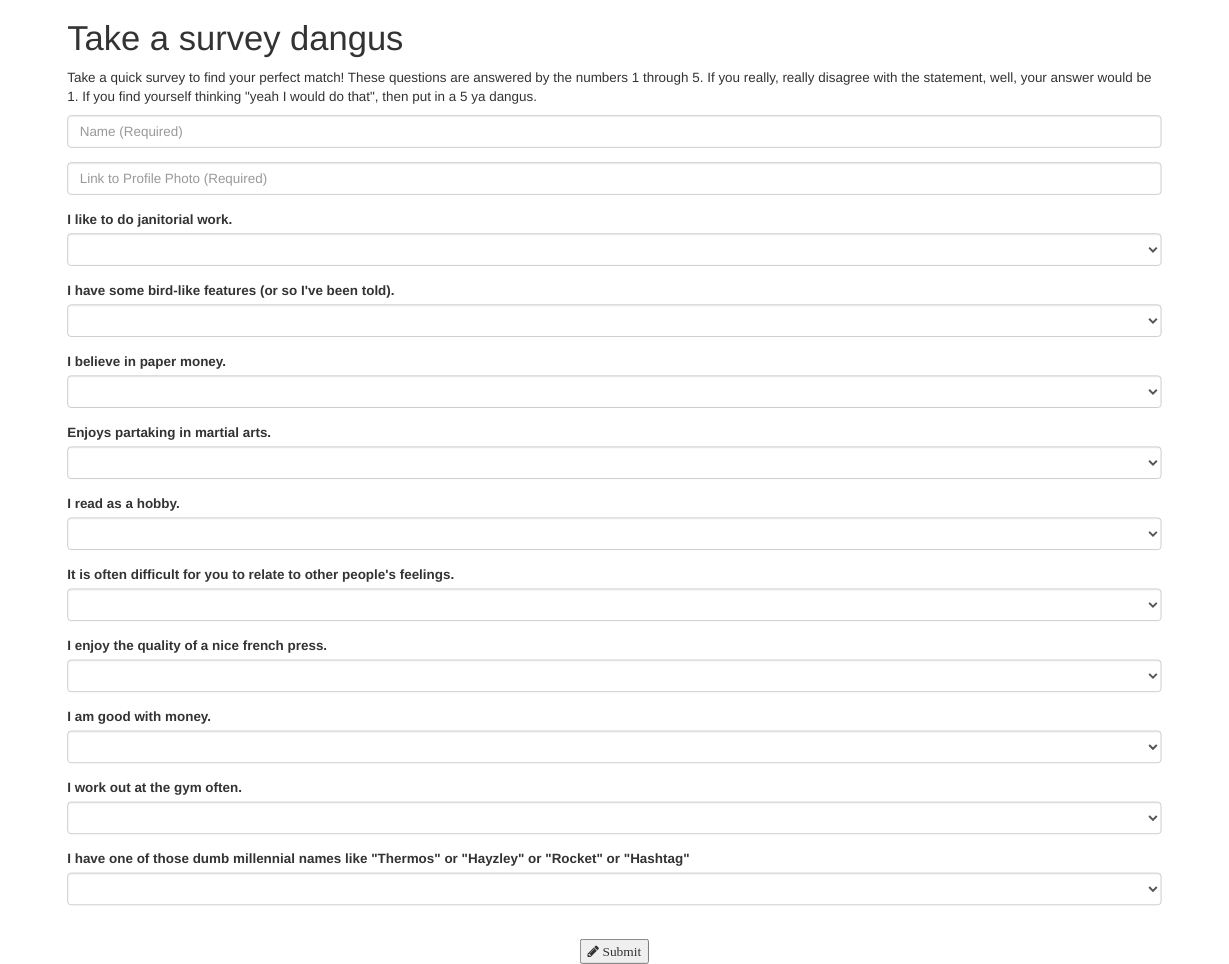
Repository: kcummings1/Mate-Matcher
Page: public/survey.html
The author's editor kept a copy of each file at every save. The page is drawn from the files as they stood at one save, then again after a run of saves.
The browser window is 1280 px wide. The pictures show the whole page, at 96% of full size.
Some web libraries are served in a nearby version.

Above is the page before, as saved 2019-10-04 18:22:31.

### public/survey.html
<!DOCTYPE html>
<html>

<head>
    <title>Friend Finder | Survey</title>
<!--===================\\BootStrap//===================-->
<link rel="stylesheet" href="https://maxcdn.bootstrapcdn.com/bootstrap/3.3.7/css/bootstrap.min.css">
<link rel="stylesheet" href="https://maxcdn.bootstrapcdn.com/font-awesome/4.7.0/css/font-awesome.min.css">
</head>

<body>
    <div class="container content">
        <h1>Take a survey dangus</h1>
        <p>Take a quick survey to find your perfect match! These questions are answered by the numbers 1 through 5. If
            you really, really disagree with the statement, well, your answer would be 1. If you find yourself thinking
            "yeah I would do that", then put in a 5 ya dangus.</p>
        <form>
            <div class="form-group">
                <input id="name" type="text" class="form-control" placeholder="Name (Required)">
            </div>
            <div class="form-group">
                <input id="photo" type="text" class="form-control" placeholder="Link to Profile Photo (Required)">
            </div>
            <div class="form-group">
                <label for="question1">I like to do janitorial work.</label>
                <select class="form-control" id="question1">
                    <option value="empty"></option>
                    <option value="1">1</option>
                    <option value="2">2</option>
                    <option value="3">3</option>
                    <option value="4">4</option>
                    <option value="5">5</option>
                </select>
            </div>
            <div class="form-group">
                <label for="question2">I have some bird-like features (or so I've been told).</label>
                <select class="form-control" id="question2">
                    <option value="empty"></option>
                    <option value="1">1</option>
                    <option value="2">2</option>
                    <option value="3">3</option>
                    <option value="4">4</option>
                    <option value="5">5</option>
                </select>
            </div>
            <div class="form-group">
                <label for="question3">I believe in paper money.</label>
                <select class="form-control" id="question3">
                    <option value="empty"></option>
                    <option value="1">1</option>
                    <option value="2">2</option>
                    <option value="3">3</option>
                    <option value="4">4</option>
                    <option value="5">5</option>
                </select>
            </div>
            <div class="form-group">
                <label for="question4">Enjoys partaking in martial arts.</label>
                <select class="form-control" id="question4">
                    <option value="empty"></option>
                    <option value="1">1</option>
                    <option value="2">2</option>
                    <option value="3">3</option>
                    <option value="4">4</option>
                    <option value="5">5</option>
                </select>
            </div>
            <div class="form-group">
                <label for="question5">I read as a hobby.</label>
                <select class="form-control" id="question5">
                    <option value="empty"></option>
                    <option value="1">1</option>
                    <option value="2">2</option>
                    <option value="3">3</option>
                    <option value="4">4</option>
                    <option value="5">5</option>
                </select>
            </div>
            <div class="form-group">
                <label for="question6">It is often difficult for you to relate to other people's feelings.</label>
                <select class="form-control" id="question6">
                    <option value="empty"></option>
                    <option value="1">1</option>
                    <option value="2">2</option>
                    <option value="3">3</option>
                    <option value="4">4</option>
                    <option value="5">5</option>
                </select>
            </div>
            <div class="form-group">
                <label for="question7">I enjoy the quality of a nice french press.</label>
                <select class="form-control" id="question7">
                    <option value="empty"></option>
                    <option value="1">1</option>
                    <option value="2">2</option>
                    <option value="3">3</option>
                    <option value="4">4</option>
                    <option value="5">5</option>
                </select>
            </div>
            <div class="form-group">
                <label for="question8">I am good with money.</label>
                <select class="form-control" id="question8">
                    <option value="empty"></option>
                    <option value="1">1</option>
                    <option value="2">2</option>
                    <option value="3">3</option>
                    <option value="4">4</option>
                    <option value="5">5</option>
                </select>
            </div>
            <div class="form-group">
                <label for="question9">I work out at the gym often.</label>
                <select class="form-control" id="question9">
                    <option value="empty"></option>
                    <option value="1">1</option>
                    <option value="2">2</option>
                    <option value="3">3</option>
                    <option value="4">4</option>
                    <option value="5">5</option>
                </select>
            </div>
            <div class="form-group">
                <label for="question10">I have one of those dumb millennial names like "Thermos" or "Hayzley" or
                    "Rocket" or "Hashtag"</label>
                <select class="form-control" id="question10">
                    <option value="empty"></option>
                    <option value="1">1</option>
                    <option value="2">2</option>
                    <option value="3">3</option>
                    <option value="4">4</option>
                    <option value="5">5</option>
                </select>
            </div>
        </form>
        <div class="text-center"><br>
            <button><i class="fa fa-pencil survey-button"> Submit</i></button>
        </div>

        <!-- Modal after survey completion -->
        <div id="bestFriendModal" class="modal fade" role="dialog">
            <div class="modal-dialog">
                <div class="modal-content">
                    <div class="modal-header">

                        <h3 class="modal-title">Your New Best Friend</h1>
                    </div>
                    <div class="modal-body">
                        <h2 id="bestFriend"></h2>

                    </div>
                    <div class="modal-footer">
                        <!-- <img id="bestFriendPhoto" src="#"> <button type="button" class="btn btn-default" data-dismiss="modal">Close</button> -->
                    </div>
                </div>
            </div>
        </div>
    </div>



    <script src="https://code.jquery.com/jquery-3.2.1.min.js"
        integrity="sha256-hwg4gsxgFZhOsEEamdOYGBf13FyQuiTwlAQgxVSNgt4=" crossorigin="anonymous"></script>
    <script src="https://maxcdn.bootstrapcdn.com/bootstrap/3.3.7/js/bootstrap.min.js"></script>
</body>

</html>

<script type="text/javascript">
    $("#submitBtn").on("click", function (event) {
        event.preventDefault();
        // Form validation
        var valid = true;
        if ($("#name").val() === "" ||
            $("#photo").val() === "") {
            valid = false;
        } else if ($("#question1").val() === "empty" ||
            $("#question2").val() === "empty" ||
            $("#question3").val() === "empty" ||
            $("#question4").val() === "empty" ||
            $("#question5").val() === "empty" ||
            $("#question6").val() === "empty" ||
            $("#question7").val() === "empty" ||
            $("#question8").val() === "empty" ||
            $("#question9").val() === "empty" ||
            $("#question10").val() === "empty") {
            valid = false;
        }
        if (valid === true) {
            var newUser = {
                name: $("#name").val().trim(),
                photo: $("#photo").val().trim(),
                scores: [
                    $("#question1").val(),
                    $("#question2").val(),
                    $("#question3").val(),
                    $("#question4").val(),
                    $("#question5").val(),
                    $("#question6").val(),
                    $("#question7").val(),
                    $("#question8").val(),
                    $("#question9").val(),
                    $("#question10").val()
                ]
            };
            var currentURL = window.location.origin;
            // Ajax call for receiving response after POST req
            $.post(currentURL + "/api/friends", newUser, function (data) {
                $("#bestFriend").text(data.name);
                $("#bestFriendPhoto").attr("src", data.photo);
                $("#bestFriendModal").modal("toggle");
            });
        } else {
            // If a required field is missing, show alert
            alert("Survey is incomplete!");
        }
    });
</script>

After the next 2 saves:
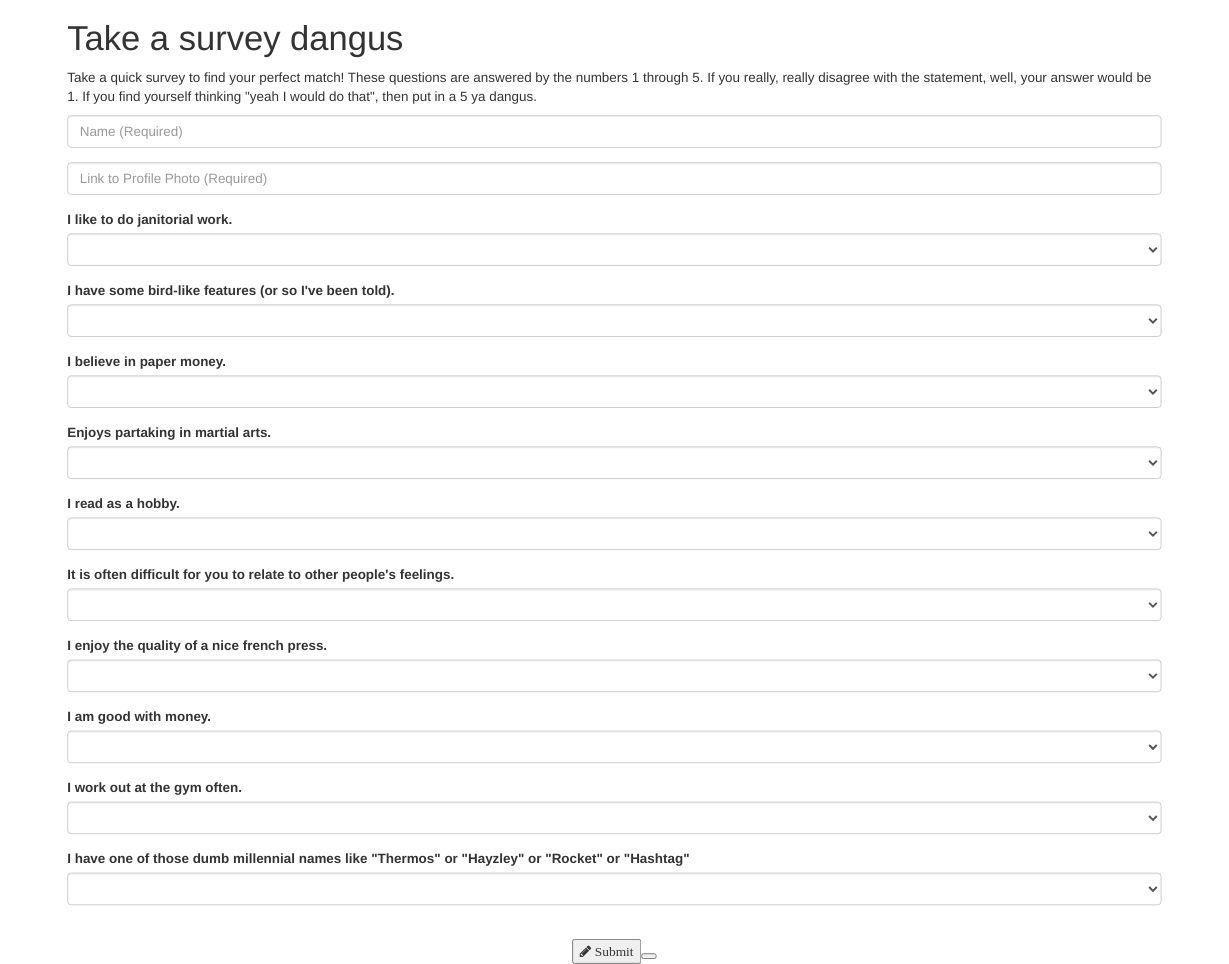
The 2 saves are shown as one change because they came seconds apart.
The last was saved 21 s later.
--- a/public/survey.html
+++ b/public/survey.html
@@ -3,9 +3,9 @@
 
 <head>
     <title>Friend Finder | Survey</title>
-<!--===================\\BootStrap//===================-->
-<link rel="stylesheet" href="https://maxcdn.bootstrapcdn.com/bootstrap/3.3.7/css/bootstrap.min.css">
-<link rel="stylesheet" href="https://maxcdn.bootstrapcdn.com/font-awesome/4.7.0/css/font-awesome.min.css">
+    <!--===================\\BootStrap//===================-->
+    <link rel="stylesheet" href="https://maxcdn.bootstrapcdn.com/bootstrap/3.3.7/css/bootstrap.min.css">
+    <link rel="stylesheet" href="https://maxcdn.bootstrapcdn.com/font-awesome/4.7.0/css/font-awesome.min.css">
 </head>
 
 <body>
@@ -134,7 +134,7 @@
             </div>
         </form>
         <div class="text-center"><br>
-            <button><i class="fa fa-pencil survey-button"> Submit</i></button>
+            <button><i class="fa fa-pencil survey-button"> Submit</i><button>
         </div>
 
         <!-- Modal after survey completion -->
